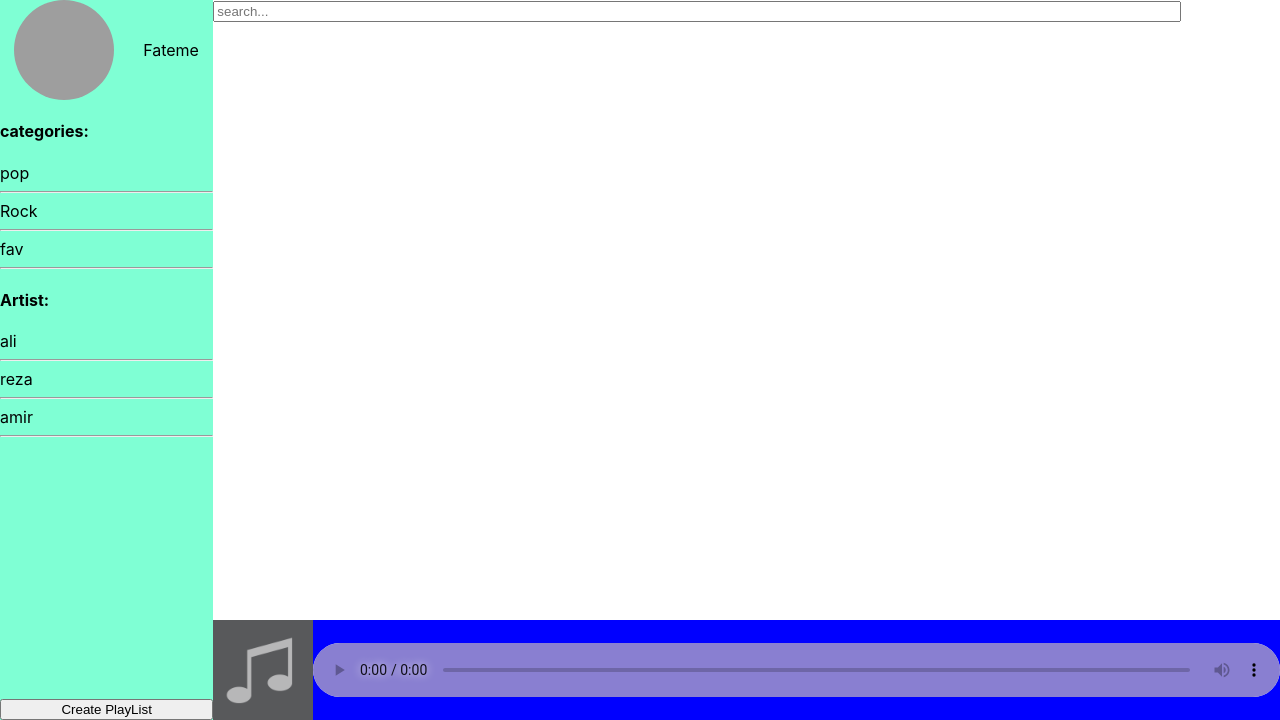
Repository: fateme81yosefi/musicPlayer
Page: /
An editor plug-in stored every save of this project. The page is shown before and after a run of saves, followed by the edit.
The browser window is 1280 px wide. The pictures show the whole page.
Pictures or frames that could not be fetched are drawn as grey boxes. The project was rebuilt for these pictures with package versions that can differ from the ones it lists, and the page was loaded fresh each time. Also part of the build but not shown: src/Data/FileUploader/FileUploader.js.

Above is the page before, as saved 2024-06-12 09:47:47.

After the next 3 saves:
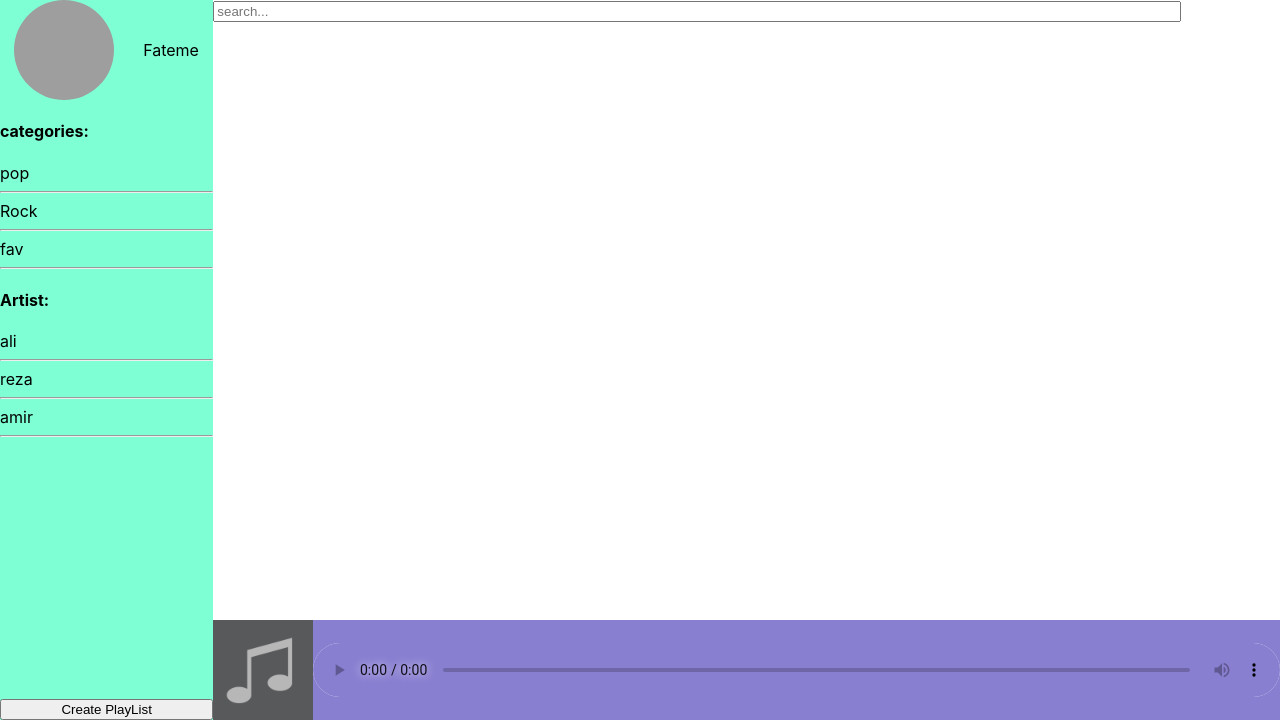
The 3 saves are shown as one change because they came seconds apart.
The last was saved 13 s later.
--- a/src/Components/MainPage/MainPage.css
+++ b/src/Components/MainPage/MainPage.css
@@ -33,7 +33,7 @@
     display: flex;
     flex-direction: row;
     align-items: center;
-    background-color: blue;
+    background-color: rgb(137, 127, 209);
     height: 100px;
     bottom: 0;
     position: absolute;
@@ -52,4 +52,5 @@ audio{
 
 audio::-webkit-media-controls-panel{
     background-color: rgb(137, 127, 209);
+    border: none;
 }
